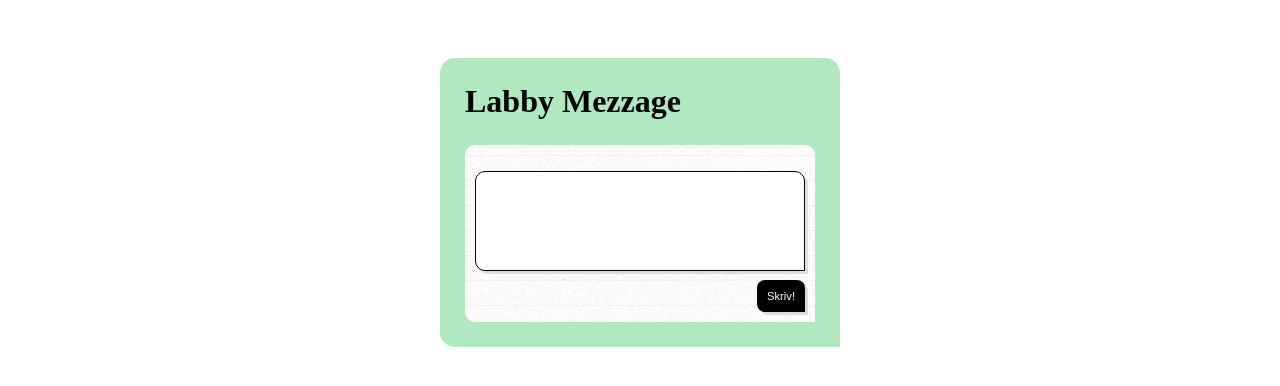
Repository: lw222gu/1dv403-laborationer
Page: 2-labbymezzage/index.html
The author's editor kept a record of every edit. The page is drawn from the files as they stood at one moment, then again after the next edit.
The browser window is 1280 px wide. The pictures show the whole page.
Some web fonts or font styles are not loaded; a fallback is used.

Above is the page before.
Console error: TypeError: Cannot set properties of null (setting 'onclick')

### 2-labbymezzage/index.html
<!doctype html>
<html lang = "sv">
    <head>
        <meta charset="utf-8" />
        <meta name="viewport" content="width=device-width, initial-scale=1.0" />
        <title>Labby Mezzage</title>

        <!-- Main CSS -->
        <link rel="stylesheet" href="css/style.css" />

        <!-- Fonts -->
        <link href='//fonts.googleapis.com/css?family=Shadows+Into+Light+Two' rel='stylesheet' type='text/css'>

        <!-- JavaScript -->
        <script src="mainscript.js"></script>
        <script src="message.js"></script>

    </head>

    <body>

        <div id="container">
            <header>
                <h1>Labby Mezzage</h1>
            </header>

            <main>
                <div id="messages">
<!--                <ul>
                        <li>Ett testinlägg för att kunna skriva css:en för listor och listelement.</li>
                        <li>Ett testinlägg för att kunna skriva css:en för listor och listelement.</li>
                    </ul>
-->
                </div>
                <div id="counter"></div>
                <textarea class="textbox"></textarea>
                <input class="button" type="submit" value="Skriv!" />
            </main>
        </div>

    </body>
</html>

### 2-labbymezzage/css/style.css
body {
    font-size: 1em;
    padding-top:50px;
    font-family:Arial, sans-serif;
}

#container {
    max-width: 350px;
    margin: 0 auto 0 auto;
    background-color:#B1E8C0;
    overflow: auto;
    padding:25px;
    border-radius:15px 15px 0px 15px;
}

main {
    width:inherit;
    background-color:#FFF;
    background-image:url(pics/linedpaper.png);
    margin-top:25px;
    padding:10px;
    border-radius:10px 10px 0px 10px;
    overflow:auto;

}

h1 {
    font-family: 'Shadows Into Light Two', cursive;
    color: #000 ;
    margin:0px;
}

ul {
    list-style:none;
    padding-left:0px;
}

li {
    padding:10px;
    font-size:0.7em;
    color:#000;
    background-color:rgba(240, 240, 240, 0.5);
    border-radius:10px 10px 0px 10px;
    box-shadow:3px 3px 0px rgb(220, 220, 220);
    margin-bottom: 6px;

}

.textbox {
    resize:none;
    box-sizing:border-box;
    width: 100%;
    overflow:auto;
    height:100px;
    padding:10px;
    margin-bottom:5px;
    border-width:1px;
    border-color:#000;
    border-style:solid;
    border-radius:10px 10px 0px 10px;
    box-shadow:3px 3px 0px rgb(220, 220, 220);
}

.button {
    float:right;
    padding:10px;
    border-radius:8px 8px 0px 8px;
    border:none;
    color:#FFF;
    background-color:#000;
    cursor: pointer;
    box-shadow:3px 3px 0px rgb(220, 220, 220);
    font-size:0.7em;
}

### 2-labbymezzage/mainscript.js
"use strict";

var mezzageApp = {

    messages: [],

    init: function(e){

        var divMessages = document.getElementById("messages");
        var ul = document.createElement("ul");
        var clickedOnce = false;

        var button = document.querySelector("#button");
        divMessages.appendChild(ul);

        button.onclick = function(){

        var mess = new Message(Message.message, Message.date);
        mezzageApp.messages.push(mess);
        console.log(mezzageApp.messages);

        var li;

        for (mess in mezzageApp.messages){
            li = document.createElement("li");
        }

        ul.appendChild(li);

        };



//        sendMess.addEventListener("click", function(){
//           var mess = new Message();
//        });

   /*
        var mess = new Message("Testmeddelande", new Date());
        alert(mess);
        alert(mess.getText());
        mess.setText("En annan text att testa");
        alert(mess);

        mezzageApp.messages.push(mess, "Kiwi");
        alert(mezzageApp.messages[1]);
        console.log(mess);
    */
    }
};

window.onload = mezzageApp.init; //pekar på metoden init som kommer köras när sidan laddats

### 2-labbymezzage/message.js
"use strict";
/* Message constructor */

function Message(message, date){

 //   var text;

    this.getText = function(){
        return message;
    };

    this.setText = function(_text){
        message = _text;
    };

    this.getDate = function(){
        return date;
    };

    this.setDate = function(_date){
        date = new Date();
    };
}

Message.prototype.toString = function(){
    // Returnerar objektet som en sträng
    return (this.getText() + " (" + this.getDate() + ")");
};

Message.prototype.getHTMLText = function(){
    // Hämtar texten med \n utbytt mot <br/>
    var text = this.getText();
    return text;

};

Message.prototype.getDateText = function(){
    // Hämtar datumet? Vad gör denna egentligen. Finns med i exemplet men inte listan över funktioner.
};

After the next edit:
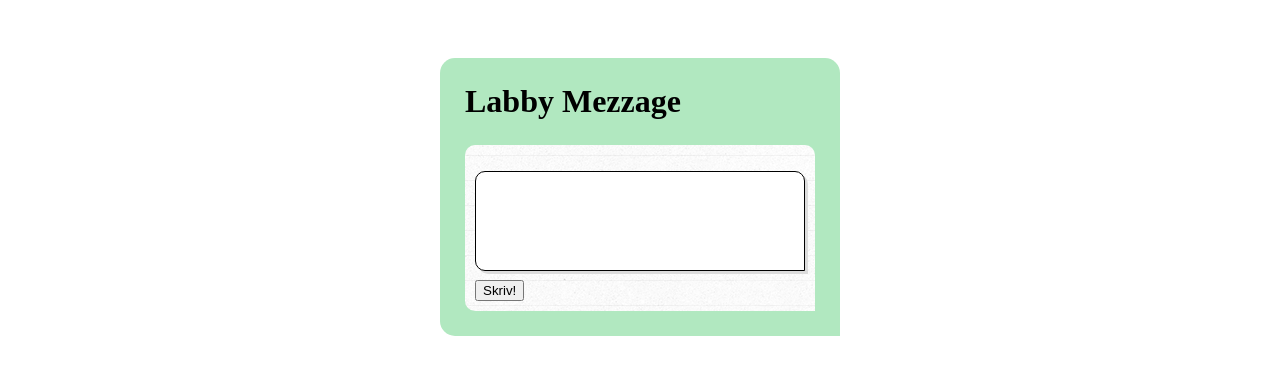
The error is gone.
The edit:
--- a/2-labbymezzage/index.html
+++ b/2-labbymezzage/index.html
@@ -34,7 +34,7 @@
                 </div>
                 <div id="counter"></div>
                 <textarea class="textbox"></textarea>
-                <input class="button" type="submit" value="Skriv!" />
+                <input id="button" type="submit" value="Skriv!" />
             </main>
         </div>
 
